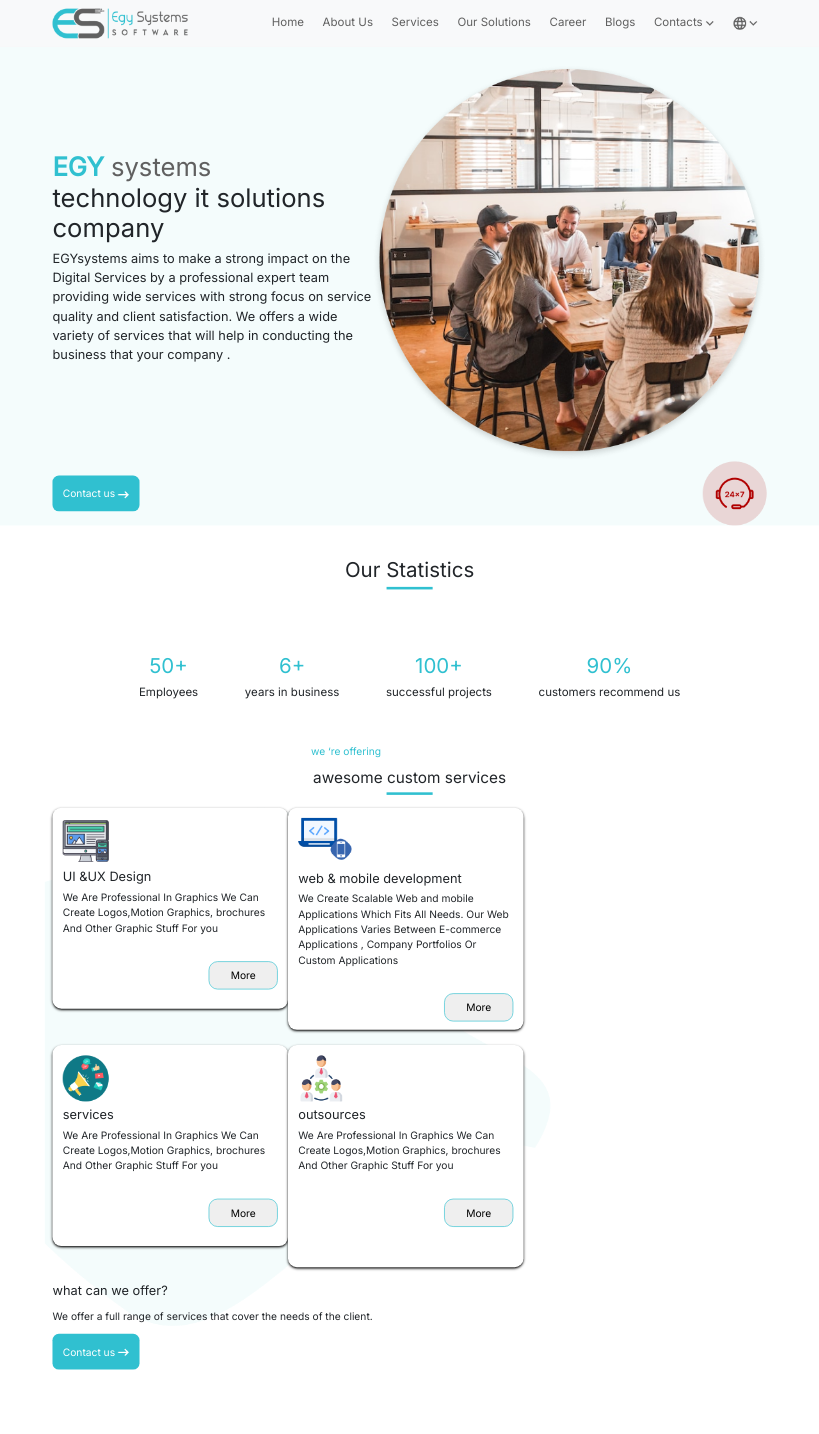
Repository: hamdyAbdelazeim/Egysystem-Home
Page: index.html
The author's editor kept a copy of each file at every save. The page is drawn from the files as they stood at one save, then again after a run of saves.
The browser window is 1280 px wide. The pictures show the whole page, at 64% of full size.

Above is the page before, as saved 2023-07-13 10:41:49.

After the next 2 saves:
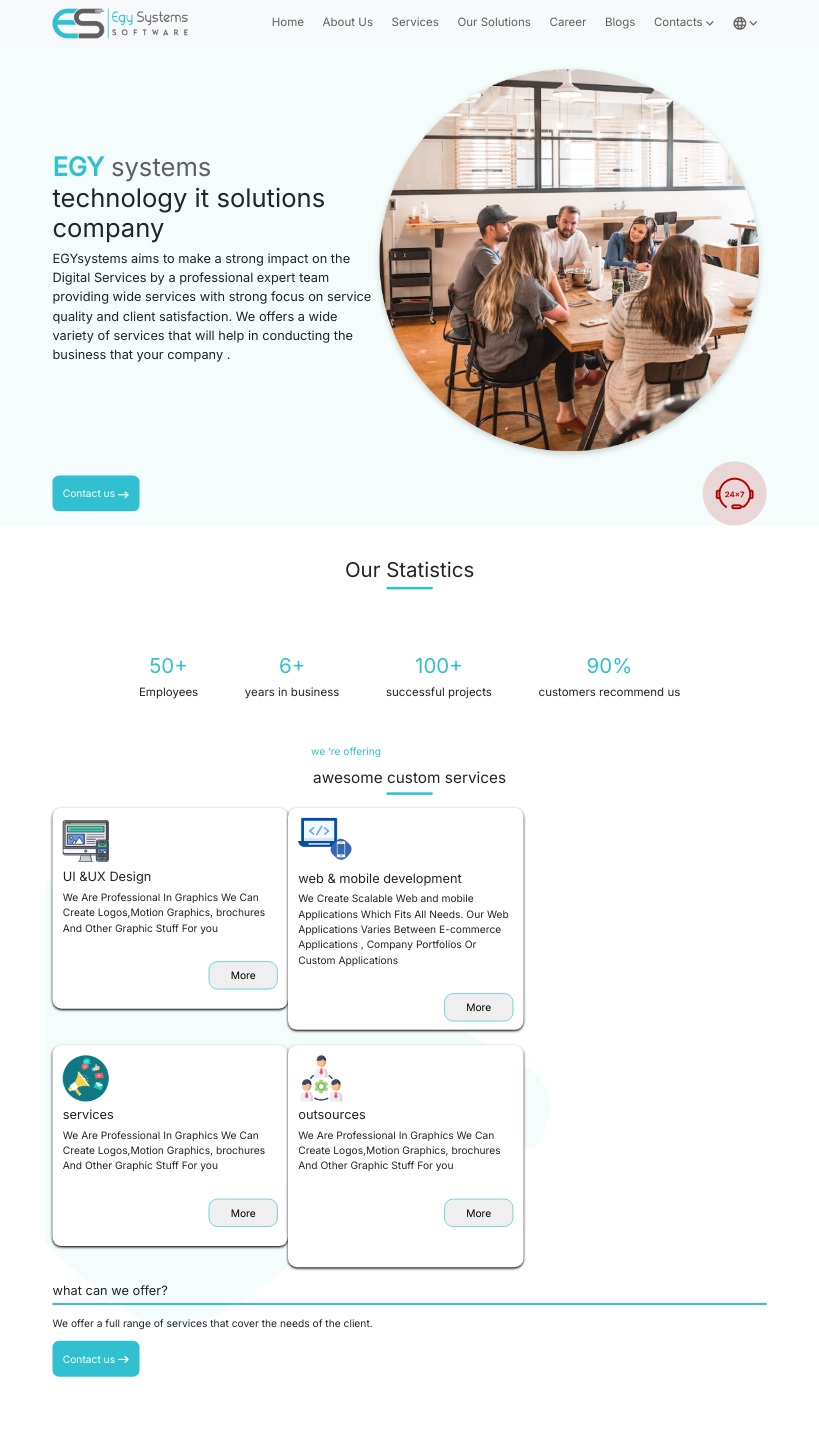
The 2 saves are shown as one change because they came seconds apart.
The last was saved 5 s later.
--- a/css/style.css
+++ b/css/style.css
@@ -171,6 +171,6 @@ body {
   margin-bottom: 1.5rem !important;
 }
 
-.border-p{
-  border-bottom: 3px s;
+.border-p {
+  border-bottom: 3px solid var(--primary);
 }
